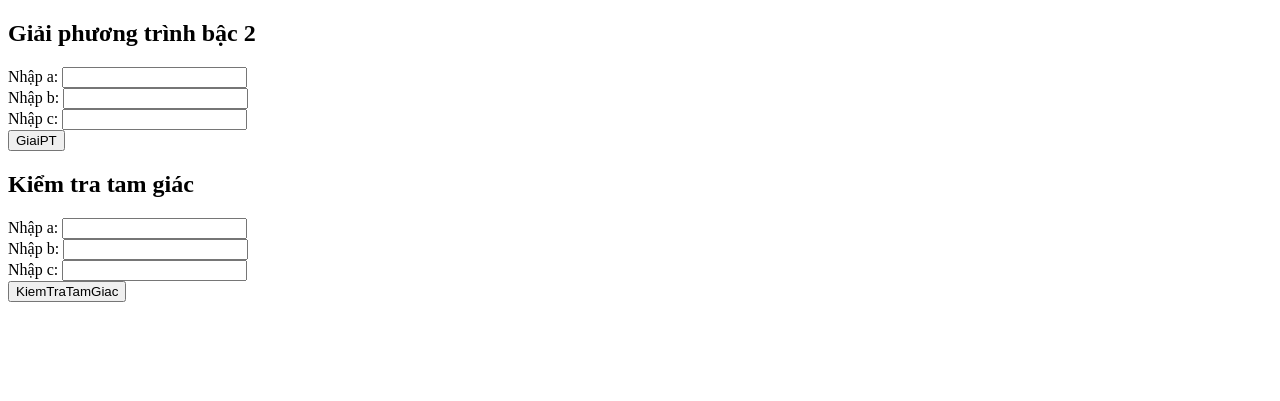
Repository: 20222052/Java-Example
Page: http://localhost/JSPSERVERLET_HELLOWORLD/
The author's editor kept a copy of each file at every save. The page is drawn from the files as they stood at one save, then again after the next save.
The browser window is 1280 px wide. The pictures show the whole page.
The page is served by Tomcat 9.

Above is the page before, as saved 2025-05-06 05:00:11.

After the next save:
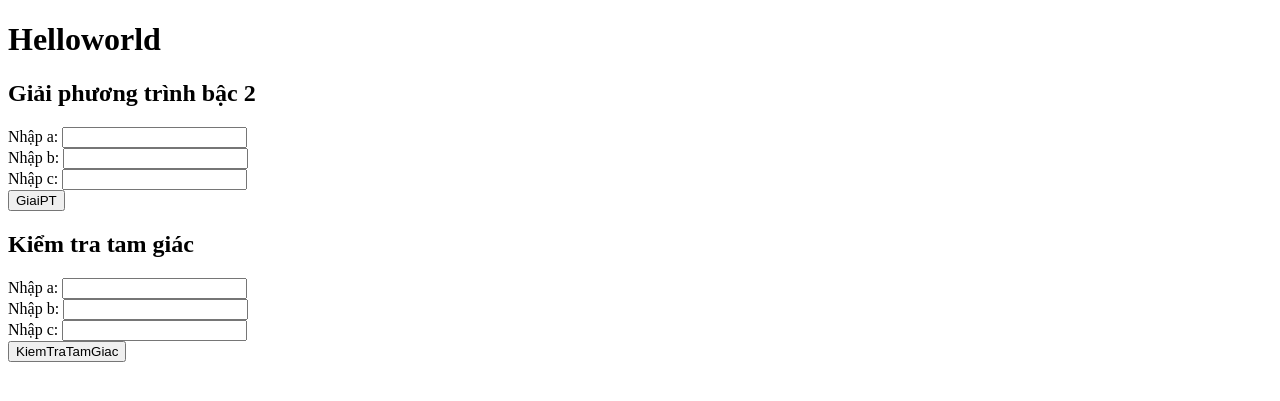
Saved 7 s later.
--- a/JSPSERVERLET_HELLOWORLD/src/main/webapp/index.jsp
+++ b/JSPSERVERLET_HELLOWORLD/src/main/webapp/index.jsp
@@ -5,6 +5,7 @@
     <title>Bài tập</title>
 </head>
 <body>
+	<h1>Helloworld</h1>
     <h2>Giải phương trình bậc 2</h2>
     <form action="xuLy" method="post">
         Nhập a: <input type="number" name="a"><br>
